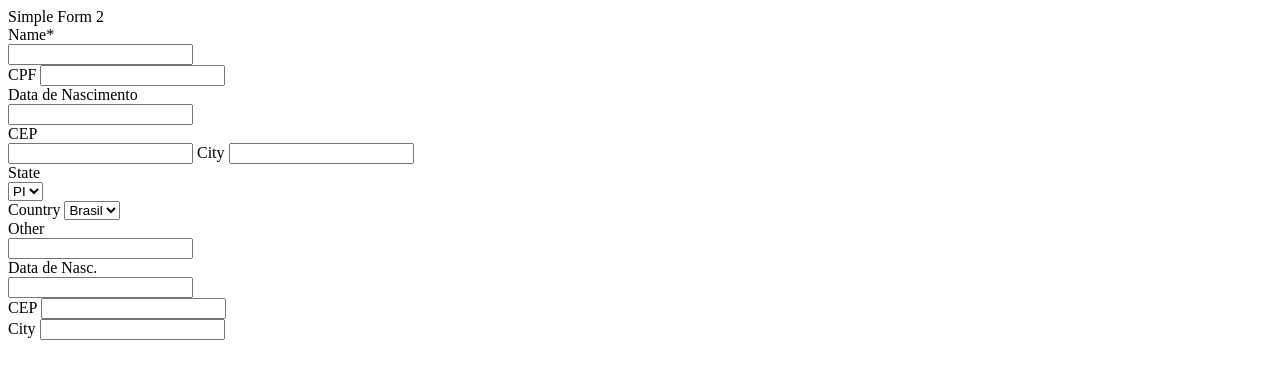
Repository: eudesf/MySpaceShip
Page: MySpaceShip/WebContent/articles/simpleform2.html
The author's editor kept a copy of each file at every save. The page is drawn from the files as they stood at one save, then again after the next save.
The browser window is 1280 px wide. The pictures show the whole page.

Above is the page before, as saved 2012-03-20 18:25:42.

After the next save:
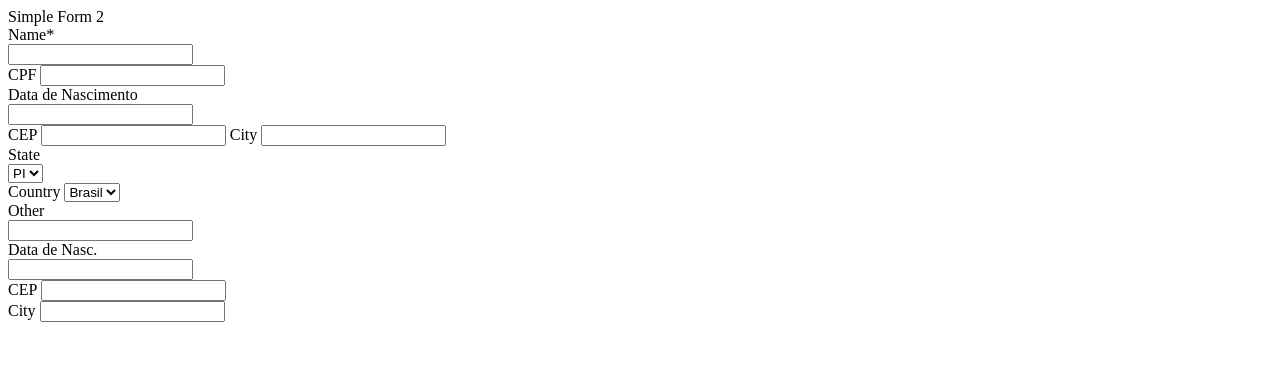
Saved 54 s later.
--- a/MySpaceShip/WebContent/articles/simpleform2.html
+++ b/MySpaceShip/WebContent/articles/simpleform2.html
@@ -20,12 +20,11 @@
 			<input id="birthdate" type="text" class="w100p"/>
 		</div>
 
-		<label for="cep" class="w30p">CEP</label>
-
-		<div class="w20p">
-			<input id="cep" type="text" class="w50p"/>
-			<label for="city" class="w25p">City</label>
-			<input id="city" type="text" class="w25p"/>
+		<div class="w50p">
+			<label for="cep" class="w30p">CEP</label>
+			<input id="cep" type="text" class="w20p"/>
+			<label for="city" class="w30p">City</label>
+			<input id="city" type="text" class="w20p"/>
 		</div>
 
 
